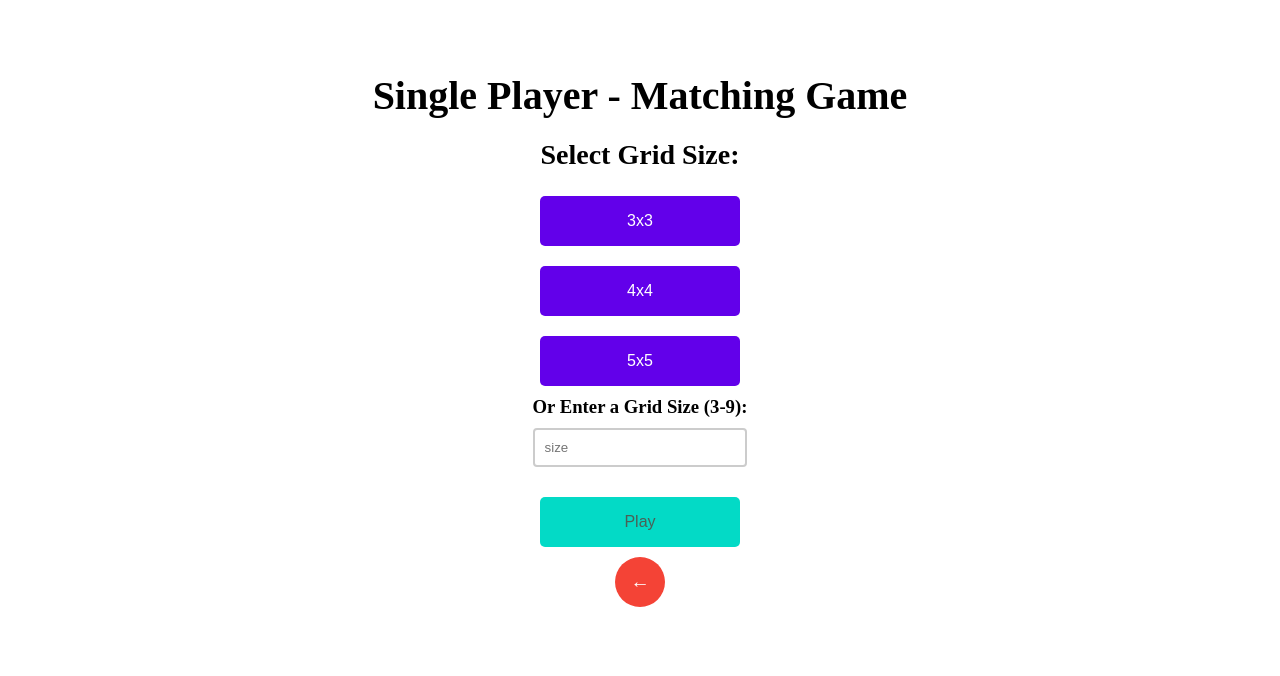
Repository: parnelltse/frontend2-courseproject
Page: /singleplayer
The author's editor kept a copy of each file at every save. The page is drawn from the files as they stood at one save, then again after the next save.
The browser window is 1280 px wide. The pictures show the whole page.
The project was rebuilt for these pictures with package versions that can differ from the ones it lists, and the page was loaded fresh each time. Also part of the build but not shown: vite.config.js, src/pages/landing.jsx, src/pages/home.jsx, src/pages/gameoptions.jsx, src/pages/appsettings.jsx, src/pages/profilesettings.jsx, src/pages/gamehistory.jsx, src/pages/multiplayer.jsx and 3 more.

Above is the page before, as saved 2024-11-16 01:25:05.

### src/App.jsx
import React, { useState } from 'react';
import { BrowserRouter as Router, Routes, Route } from 'react-router-dom';
import { Landing } from './pages/landing';
import Home from './pages/home';
import Gameoptions from './pages/gameoptions';
import AppSettings from './pages/appsettings';
import ProfileSettings from './pages/profilesettings';
import GameHistory from './pages/gamehistory'; // Import GameHistory
import SinglePlayer from './pages/singleplayer';
import MultiPlayer from './pages/multiplayer';
import ResumeGame from './pages/resumegame';
import SingleGame from './pages/singlegame';
import MultiGame from './pages/multigame';

function App() {
  const [scores, setScores] = useState([
    { date: '2024-10-19', score: 85, gameMode: 'Single Player' },
    { date: '2024-10-18', score: 90, gameMode: 'Multiplayer' },
    { date: '2024-10-17', score: 75, gameMode: 'Single Player' },
  ]);

  return (
    <Router>
      <Routes>
        <Route path="/" element={<Landing />} />
        <Route path="/home" element={<Home />} />
        <Route path="/gameoptions" element={<Gameoptions />} />
        <Route path="/appsettings" element={<AppSettings />} />
        <Route path="/profilesettings" element={<ProfileSettings />} />
        <Route path="/gamehistory" element={<GameHistory scores={scores} />} /> {/* Pass scores as prop */}
        <Route path="/singleplayer" element={<SinglePlayer />} />
        <Route path="/multiplayer" element={<MultiPlayer />} />
        <Route path="/resumegame" element={<ResumeGame />} />
        <Route path="/singlegame" element={<SingleGame />} />
        <Route path="/multigame" element={<MultiGame />} />
      </Routes>
    </Router>
  );
}

export default App;

### src/index.css
/** landing page */

.landing-nav {
    display: flex;
    flex-direction: column;
    justify-content: center;
    align-items: center;
    gap: 20px
}

.app .headline {
    text-align: center;
}

/** account form */

.sub-btn {
    align-items: center;
    margin: auto;
    margin-top: 10px;
}


/* Single player*/

.single-btn {
    margin: auto;
    align-items: center;
    background-color: #03dac6;
    color: rgb(74, 96, 86); /* darker text */
}

.single-btn:hover {
    background-color: #018786;
    color: white;

}

.single-container {
    padding-top: 10vh;
    align-items: center;
    margin: auto;
}

.single-bottom {
    margin: auto;
    width: 100vw;
    align-items: center;
    align-self: center;
    display: flex;
    justify-content: center;
    flex-direction: column;
}




.home-container {
    background-color: #fff;
    border-radius: 150px;
    box-shadow: 0 5px 15px rgba(0, 0, 0, 0.35);
    position: relative;
    overflow: hidden;
    width: 768px;
    max-width: 100%;
    min-height: 480px;
    margin: auto;
}

.home-container p {
  font-size: 14px;
  line-height: 20px;
  letter-spacing: 0.3px;
  margin: 20px 0;
}


.home-container span {
  font-size: 12px;
}

.home-container a {
  color: #333;
  font-size: 13px;
  text-decoration: none;
  margin: 15px 0 10px;
}
.home-container button {
  background-color: #6200ea;
  color: #fff;
  padding: 10px 45px;
  border: 2px solid transparent;
  border-radius: 8px;
  font-weight: 600;
  letter-spacing: 0.5px;
  text-transform: uppercase;
  margin-top: 10px;
  cursor: pointer;
}

.home-container button.hidden {
  background-color: transparent;
  border-color: #fff;
}

.home-container form {
  background-color: #fff;
  display: flex;
  align-items: center;
  justify-content: center;
  flex-direction: column;
  padding: 0 40px;
  height: 100%;
}

.home-container input {
  background-color: #eee;
  border: none;
  margin: 8px 0;
  padding: 10px 15px;
  font-size: 13px;
  border-radius: 8px;
  width: 100%;
  outline: none;
}

.sign-up, .sign-in {
  position: absolute;
  top: 0;
  height: 100%;
  transition: all 0.6s ease-in-out;
}

.sign-in {
  left: 0;
  width: 50%;
  z-index: 2;
}

.home-container.active .sign-in {
  transform: translateX(100%);
}

.sign-up {
  left: 0;
  width: 50%;
  z-index: 1;
  opacity: 0;
}

.home-container.active .sign-up {
  transform: translateX(100%);
  opacity: 1;
  z-index: 5;
  animation: move 0.6s;
}

@keyframes move {
  0%, 49.99%{
    opacity: 0;
    z-index: 1;
  }
    50%, 100%{
    opacity: 1;
    z-index: 5;
  }
}

.toogle-container {
  position: absolute;
  top: 0;
  left: 50%;
  width: 50%;
  height: 100%;
  overflow: hidden;
  border-radius: 150px;
  z-index: 1000;
  transition: all 0.6s ease-in-out;
}

.home-container.active .toogle-container {
  transform: translateX(-100%);
  border-radius: 150px;
}

.toogle {
  background-color: #6200ea;
  height: 100%;
  background: #6200ea;
  color: #fff;
  position: relative;
  left: -100%;
  width: 200%;
  transform: translateX(0);
  transition: all 0.6s ease-in-out;
}

.home-container.active .toogle {
  transform: translateX(50%);
}

.toogle-panel {
  position: absolute;
  width: 50%;
  height: 100%;
  display: flex;
  justify-content: center;
  align-items: center;
  flex-direction: column;
  padding: 0 30px;
  text-align: center;
  top: 0;
  transform: translateX(0);
  transition: all 0.6s ease-in-out;
}

.toogle-left {
  transform: translateX(-200%);
}

.home-container.active .toogle-left {
  transform: translateX(0);
}

.toogle-right {
  right: 0;
  transform: translateX(0);
}

.home-container.active .toogle-right {
  transform: translateX(200%);
}


.titleholder {
  display: flex;
  justify-content: center;
  gap: 20px;
  align-items: flex-end;
}

.gameInfo {
  color: #333;
  font-size: 24px;
  padding-bottom: 22px;
  cursor: pointer;
}

.overlayContainer {
  position: fixed; /* Position it fixed to cover the viewport */
  top: 0;
  left: 0;
  right: 0;
  bottom: 0;
  background-color: rgba(0, 0, 0, 0.5); /* Semi-transparent dark background */
  display: flex;
  justify-content: center;
  align-items: center;
  z-index: 2000;
}

.contentBox {
  width: 800px;
  height: 500px;
  background-color: rgb(235, 220, 245);
  border-radius: 20px;
  padding: 40px;
  display: flex;
  flex-direction: column;
  align-items: center;
  justify-content: center;
}

.overlayHeader {
  text-align: center;
  padding-bottom: 20px;
  font-size: 22px;
}

.overlayContent {
  font-size: 18px;
  padding-bottom: 40px;
}

.overButton {
  align-content: center;
  align-items: center;
  font-size: 24px;
}

/* Home page */

.home-board {
  width: 500px;
  height: 400px;
  margin: auto;
  align-items: center;
  display: flex;
  flex-direction: column;
  justify-content: center;
  border-radius: 30px;
  background: #a7cbe9;
}

.play-btn {
  background-color: #3d8b5e; /* Button background */
  color: white; /* Text color */
  font-size: 28px; /* Font size */
  padding: 15px 25px; /* Button padding */
  border: none; /* Remove default border */
  border-radius: 5px; /* Rounded corners */
  position: relative; /* Ensures stacking context for pseudo-element */
  cursor: pointer; /* Pointer cursor on hover */
  overflow: hidden; /* Prevents the animation from spilling outside */
  z-index: 1; /* Prevent the border animation from overflowing */
  height: 60px;
}

.play-btn:hover {
  background-color: #507c62; /* Button background */
}

### src/pages/singleplayer.jsx
import React, { useState } from "react";
import { useNavigate } from "react-router-dom";
import BackButton from "../components/BackButton";

export default function SinglePlayer() {
	const navigate = useNavigate();
	const [gridSize, setGridSize] = useState("");

	const handleInputChange = (e) => {
		const value = e.target.value;
		if (!isNaN(value) && value >= 3 && value <= 9) {
			//  input is a number between 3 and 9
			setGridSize(value);
		}
	};

	// Function to set predset grid size
	const handleButtonClick = (size) => {
		setGridSize(size);
	};

	return (
		<div className="single-container">
			<h1>Single Player - Matching Game</h1>

			<div className="game-options">
				<h2>Select Grid Size:</h2>

				<button onClick={() => handleButtonClick(3)}>3x3</button>
				<button onClick={() => handleButtonClick(4)}>4x4</button>
				<button onClick={() => handleButtonClick(5)}>5x5</button>

				<div>
					<h3>Or Enter a Grid Size (3-9):</h3>
					<input
						type="number"
						value={gridSize}
						onChange={handleInputChange}
						placeholder="size"
						min="3"
						max="9"
					/>
				</div>
			</div>

			{gridSize && (
				<div>
					<h2>
						You selected: {gridSize}x{gridSize}
					</h2>
				</div>
			)}

			<div className="single-bottom">
				<button
					onClick={() => {
						navigate("/singlegame");
					}}
					className="single-btn"
				>
					Play
				</button>
				<BackButton />
			</div>
		</div>
	);
}

### src/App.css
/* General Reset */
* {
	margin: 0;
	padding: 0;
	box-sizing: border-box;
}

/* Home page */
.container {
	align-items: center; /* Center the items horizontally */
	justify-content: center; /* Center the items vertically */
	min-height: 100vh; /* Full viewport height */
	background-color: #e3f2fd; /* Light blue background color */
	padding: 20px; /* Padding around content */
	padding-top: 15vh;
}

header {
	text-align: center;
	margin-bottom: 40px; /* Space below header */
	margin: auto;
}

button {
	background-color: #1e88e5; /* Button background color */
	color: white; /* White text color */
	border: none; /* Remove border */
	border-radius: 5px; /* Rounded corners */
	padding: 10px; /* Padding for buttons */
	cursor: pointer; /* Pointer cursor */
	transition: background-color 0.3s; /* Smooth background transition */
	width: 200px; /* Fixed width for all buttons */
	height: 50px; /* Fixed height for all buttons */
	font-size: 1rem; /* Font size for button text */
	margin: 10px; /* Space between buttons */
}

button:hover {
	background-color: #1565c0; /* Darker button color on hover */
}

.button-container {
	display: flex; /* Use flexbox for button alignment */
	flex-direction: column; /* Stack buttons vertically */
	align-items: center; /* Center buttons horizontally */
}

.title {
	font-size: 2.5rem; /* Title font size */
	text-align: center; /* Center the title text */
	margin-bottom: 20px; /* Space below title */
}

.profile-button {
	background-color: #6200ea; /* Primary color */
	color: white; /* White text */
	border: none; /* Remove border */
	border-radius: 5px; /* Rounded corners */
	padding: 10px 20px; /* Button padding */
	font-size: 24px; /* Font size */
	cursor: pointer; /* Pointer cursor on hover */
	transition: background-color 0.3s; /* Smooth background transition */
	width: 200px; /* Ensure the width matches other buttons */
	height: 50px; /* Ensure the height matches other buttons */
	margin-top: 100px;
}

.profile-button:hover {
	background-color: #3700b3; /* Darker shade on hover */
}

.button-container {
	display: flex;
	gap: 20px; /* Space between buttons */
}

.play-button,
.settings-button {
	background-color: #03dac6; /* Secondary color */
	border: none;
	border-radius: 5px;
	padding: 15px 25px; /* Button padding */
	font-size: 1.5rem; /* Font size */
	cursor: pointer; /* Pointer cursor on hover */
	transition: background-color 0.3s; /* Smooth background transition */
	align-items: center;
	text-align: center;
}

.play-button {
	color: rgb(74, 96, 86); /* darker text */
}

.settings-button {
	color: white; /* white text */
}

.play-button:hover {
	background-color: #018786; /* Darker shade on hover */
	color: white; /* white text */

}

.settings-button {
	background-color: #ff5722; /* Different color for settings */
}

.settings-button:hover {
	background-color: #c41c00; /* Darker shade on hover */
}

/* Typography */
h1 {
	font-size: 2.5rem;
	text-align: center;
	margin-bottom: 20px;
}

h2 {
	font-size: 1.75rem;
	text-align: center;
	margin-bottom: 15px;
}

/* Button Styles */
button {
	background-color: #6200ea;
	color: white;
	padding: 10px 20px;
	border: none;
	border-radius: 5px;
	cursor: pointer;
	margin: 10px;
	transition: background-color 0.3s ease;
}

button:hover {
	background-color: #3700b3;
}

/* Form Input Styles */
input[type="text"],
input[type="password"],
input[type="number"] {
	width: 100%;
	padding: 10px;
	margin: 10px 0;
	box-sizing: border-box;
	border: 2px solid #ccc;
	border-radius: 4px;
}

form {
	max-width: 400px;
	margin: 20px auto;
	display: flex;
	flex-direction: column;
}

/* Back Button */
button.back-btn {
	background-color: #f44336;
	color: white;
	border-radius: 50%;
	width: 50px;
	height: 50px;
	display: flex;
	justify-content: center;
	align-items: center;
	font-size: 1.2rem;
}

button.back-btn:hover {
	background-color: #e53935;
}

/* App Settings */
.app-settings {
	display: flex;
	flex-direction: column;
	justify-content: center;
	align-items: center;
	padding: 20px;
	text-align: center;
	min-height: 100vh;
	padding-top: 20vh;
}

.setting-bottons {
	display: flex;
	justify-content: center;
	flex-direction: column;
	margin: auto;
	align-items: center;
}

.theme-toggle {
	background-color: #333;
	color: white;
	padding: 10px;
	border-radius: 5px;
	cursor: pointer;
}

.theme-toggle:hover {
	background-color: #555;
}

/* Game Options */
.game-options {
	display: flex;
	flex-direction: column;
	align-items: center;
	margin: 20px;
}

button.grid-size {
	background-color: #2196f3;
	margin: 5px;
}

button.grid-size:hover {
	background-color: #1976d2;
}

/* single and multiplayer pages */
img {
	max-width: 100%;
	height: auto;
	display: block;
	margin: 0 auto;
}

.game-grid {
	display: grid;
	grid-template-columns: repeat(5, 1fr); /* 5 columns for a 5x5 grid */
	gap: 10px; /* Space between grid items */
	padding: 20px; /* Optional padding around the grid */
}

.game-item {
	background-color: #c5d9e8; /* Background color for game items */
	border: 1px solid #100f0f; /* Border for each game item */
	border-radius: 5px; /* Rounded corners */
	display: flex; /* Center content */
	align-items: center; /* Center content vertically */
	justify-content: center; /* Center content horizontally */
	height: 100px; /* Fixed height for game items */
	font-size: 1.2em; /* Font size for game item text */
}

/* history page */

.history-container {
	display: flex;
	flex-direction: column;
	align-items: center;
	justify-content: center;
	min-height: 100vh; /* Full viewport height */
	background-color: #f9f9f9; /* Light background color */
	padding: 20px; /* Padding around content */
}

.history-title {
	font-size: 2.5rem; /* Title font size */
	color: #333; /* Darker text color */
	margin-bottom: 10px; /* Space below title */
}

.history-description {
	font-size: 1.2rem; /* Description font size */
	color: #666; /* Slightly lighter text color */
	text-align: center; /* Center-align description */
	margin-bottom: 30px; /* Space below description */
}

.score-table {
	width: 100%;
	max-width: 600px; /* Max width for the table */
	margin: 0 auto; /* Center the table */
	background-color: white; /* White background for the table */
	border-radius: 8px; /* Rounded corners */
	box-shadow: 0 4px 8px rgba(0, 0, 0, 0.1); /* Subtle shadow */
	overflow: hidden; /* Ensure rounded corners apply */
}

table {
	width: 100%; /* Full width of the table */
	border-collapse: collapse; /* Remove space between table cells */
}

th,
td {
	padding: 15px; /* Cell padding */
	text-align: left; /* Align text to the left */
	border-bottom: 1px solid #e0e0e0; /* Bottom border for rows */
}

th {
	background-color: #6200ea; /* Header background color */
	color: white; /* White text for header */
}

tr:hover {
	background-color: #f1f1f1; /* Highlight row on hover */
}

.back-button {
	margin-top: 20px; /* Space above the back button */
}

/* profile settings page*/

.profile-settings-container {
	display: flex;
	flex-direction: column;
	align-items: center;
	justify-content: center;
	min-height: 100vh; /* Full viewport height */
	background-color: #f9f9f9; /* Light background color */
	padding: 20px; /* Padding around content */
}

.profile-settings-title {
	font-size: 2.5rem; /* Title font size */
	color: #333; /* Darker text color */
	margin-bottom: 20px; /* Space below title */
}

.submitted-username {
	font-size: 1.5rem; /* Font size for submitted username */
	color: #6200ea; /* Color for submitted username */
	margin-bottom: 20px; /* Space below username display */
}

.profile-settings-form {
	display: flex;
	flex-direction: column;
	align-items: center; /* Center align the form elements */
	margin-bottom: 20px; /* Space below the form */
}

.username-input {
	padding: 10px; /* Padding for input */
	font-size: 1rem; /* Font size for input */
	border: 1px solid #ccc; /* Border for input */
	border-radius: 4px; /* Rounded corners */
	margin-bottom: 10px; /* Space below input */
	width: 100%; /* Full width */
	max-width: 300px; /* Max width for input */
}

.save-button {
	padding: 10px 20px; /* Padding for button */
	background-color: #6200ea; /* Button background color */
	color: white; /* Button text color */
	border: none; /* Remove border */
	border-radius: 4px; /* Rounded corners */
	cursor: pointer; /* Pointer cursor on hover */
	font-size: 1rem; /* Font size for button */
}

.save-button:hover {
	background-color: #3700b3; /* Darker button color on hover */
}

.navigation-buttons {
	display: flex;
	gap: 10px; /* Space between navigation buttons */
}

.scores-button {
	padding: 10px 20px; /* Padding for button */
	background-color: #03dac6; /* Button background color */
	color: white; /* Button text color */
	border: none; /* Remove border */
	border-radius: 4px; /* Rounded corners */
	cursor: pointer; /* Pointer cursor on hover */
	font-size: 1rem; /* Font size for button */
}

.scores-button:hover {
	background-color: #018786; /* Darker button color on hover */
}

/* game options page */

.game-options-container {
	display: flex;
	flex-direction: column;
	align-items: center;
	justify-content: center;
	min-height: 100vh; /* Full viewport height */
	background-color: #f0f4f8; /* Light background color */
	padding: 20px; /* Padding around content */
}

.game-options-title {
	font-size: 2.5rem; /* Title font size */
	color: #333; /* Darker text color */
	margin-bottom: 40px; /* Space below title */
}

.game-options-buttons {
	display: flex;
	flex-direction: column; /* Arrange buttons vertically */
	gap: 15px; /* Space between buttons */
}

.game-option-button {
	padding: 15px 30px; /* Padding for buttons */
	font-size: 1.2rem; /* Font size for buttons */
	background-color: #6200ea; /* Button background color */
	color: white; /* Button text color */
	border: none; /* Remove border */
	border-radius: 5px; /* Rounded corners */
	cursor: pointer; /* Pointer cursor on hover */
	transition: background-color 0.3s; /* Smooth background transition */
	width: 100%; /* Full width */
	max-width: 300px; /* Max width for buttons */
}

.game-option-button:hover {
	background-color: #3700b3; /* Darker button color on hover */
}

/* create account page */

.create-container {
	display: flex;
	flex-direction: column;
	align-items: center;
	justify-content: center;
	min-height: 100vh; /* Full viewport height */
	background-color: #f0f4f8; /* Light background color */
	padding: 20px; /* Padding around content */
}

.create-header {
	text-align: center; /* Center header text */
	margin-bottom: 40px; /* Space below header */
}

.create-header h1 {
	font-size: 2.5rem; /* Title font size */
	color: #000000; /* Primary color for title */
}

.create-header h2 {
	font-size: 1.5rem; /* Subtitle font size */
	color: #333; /* Darker color for subtitle */
	margin-top: 10px; /* Space above subtitle */
}

.create-container > * {
	margin: 10px 0; /* Space between elements */
}

.back-button {
	margin-top: 20px; /* Space above back button */
	background-color: #6200ea; /* Match primary color */
	color: white; /* White text color */
	border: none; /* Remove border */
	border-radius: 5px; /* Rounded corners */
	padding: 10px 20px; /* Padding for button */
	cursor: pointer; /* Pointer cursor */
	transition: background-color 0.3s; /* Smooth background transition */
}

.back-button:hover {
	background-color: #3700b3; /* Darker button color on hover */
}

/* login page */
.login-container {
	align-items: flex-start;
	justify-content: center;
	min-height: 100vh; /* Full viewport height */
	background-color: #ede3fd; /* Light blue background color */
	padding-top: 20vh;
}

.login-header {
	text-align: center; /* Center header text */
	margin-bottom: 40px; /* Space below header */
}

.login-header h1 {
	font-size: 2.5rem; /* Title font size */
	color: #3700b3; /* Primary color for title */
}

.login-header h2 {
	font-size: 1.5rem; /* Subtitle font size */
	color: #424242; /* Darker color for subtitle */
	margin-top: 10px; /* Space above subtitle */
}

.account-form {
	width: 100%; /* Full width for the form */
	max-width: 400px; /* Maximum width for the form */
	background-color: white; /* White background for form */
	border-radius: 8px; /* Rounded corners */
	box-shadow: 0 2px 10px rgba(0, 0, 0, 0.1); /* Subtle shadow */
	padding: 20px; /* Padding inside the form */
}

button {
	background-color: #6200ea; /* Match primary color */
	color: white; /* White text color */
	border: none; /* Remove border */
	border-radius: 5px; /* Rounded corners */
	padding: 10px 20px; /* Padding for button */
	cursor: pointer; /* Pointer cursor */
	transition: background-color 0.3s; /* Smooth background transition */
}

button:hover {
	background-color: #3700b3; /* Darker button color on hover */
}

.account-form input {
	margin: 10px 0; /* Space between inputs */
	padding: 10px; /* Padding for inputs */
	border: 1px solid #ccc; /* Light border for inputs */
	border-radius: 5px; /* Rounded corners for inputs */
	width: 100%; /* Full width for inputs */
}

### src/components/BackButton.jsx
import React from "react";
import { useNavigate } from "react-router-dom";

export default function BackButton() {
	const navigate = useNavigate();

	return (
		<button className="back-btn" onClick={() => navigate(-1)}>
			&#x2190;
		</button>
	);
}

Loaded but not shown: index.html (common file); src/main.jsx (common file)

After the next save:
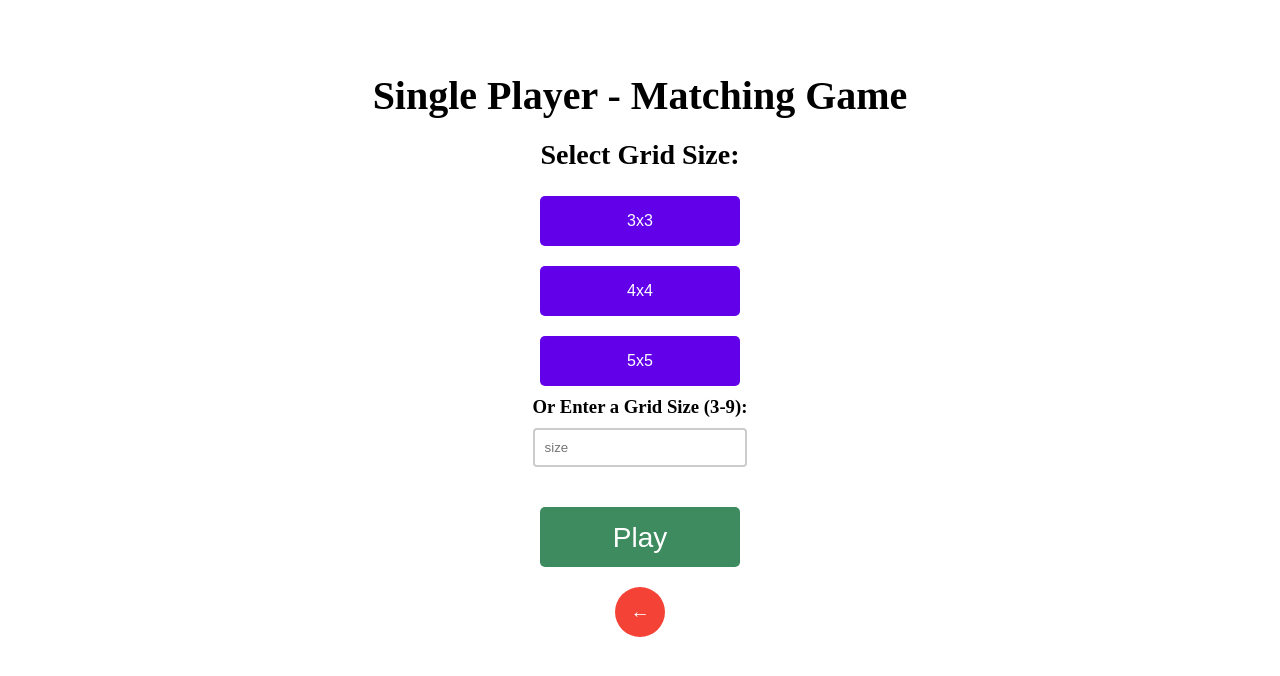
Saved 3 min 47 s later.
--- a/src/pages/singleplayer.jsx
+++ b/src/pages/singleplayer.jsx
@@ -54,9 +54,13 @@ export default function SinglePlayer() {
 			<div className="single-bottom">
 				<button
 					onClick={() => {
-						navigate("/singlegame");
+						if (gridSize >= 3 && gridSize <= 9) {
+							navigate("/singlegame", { state: { gridSize } });
+						} else {
+							alert("Please select a valid grid size.");
+						}
 					}}
-					className="single-btn"
+					className="play-btn"
 				>
 					Play
 				</button>
